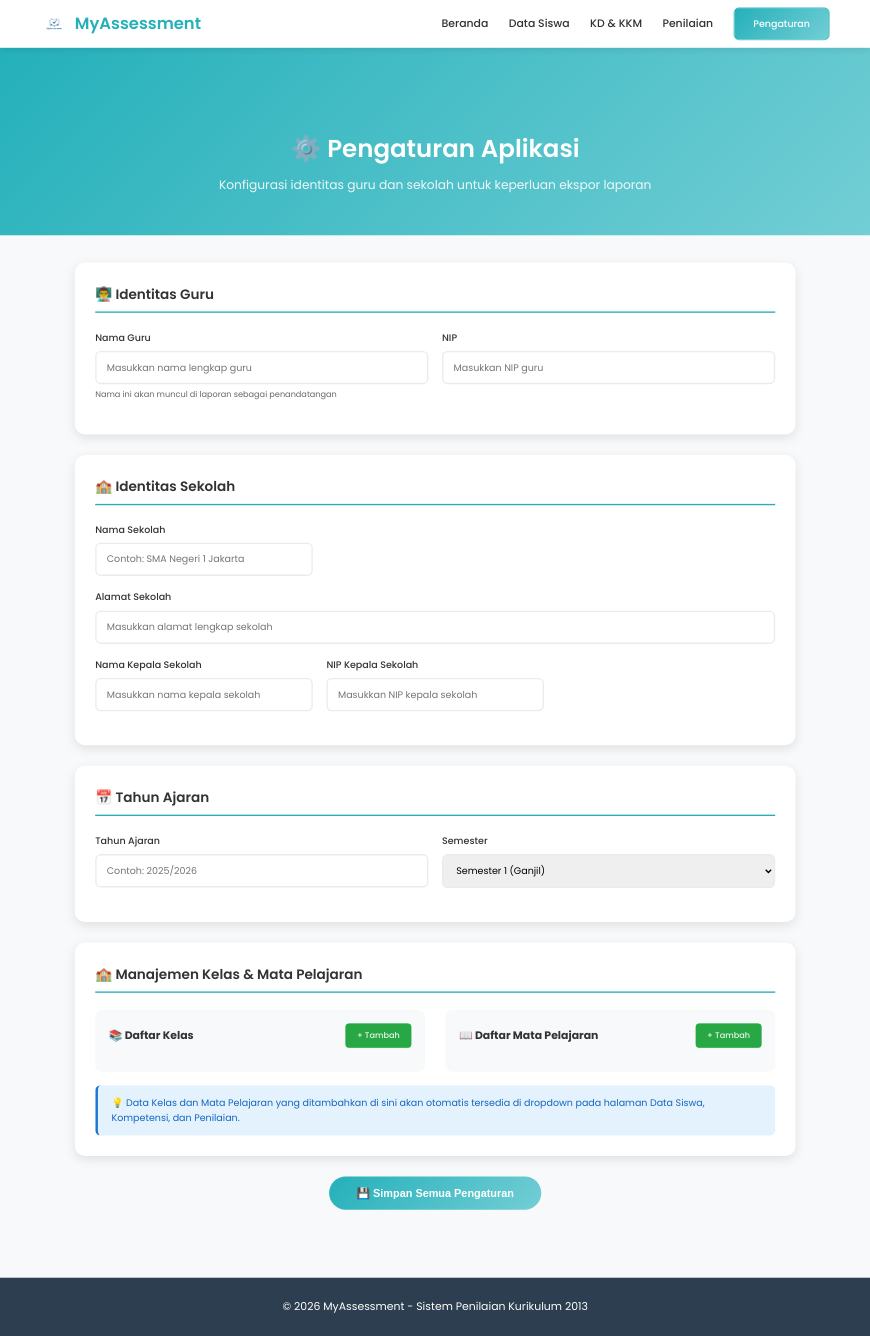
Repository: Ws529/MyAssassment_Final
Page: MyAssessment/wwwroot/pengaturan.html
An editor plug-in stored every save of this project. The page is shown before and after the next save, followed by the edit.
The browser window is 1280 px wide. The pictures show the whole page, at 68% of full size.
The page's requests for data from a server got no answer.

Above is the page before, as saved 2026-01-01 14:13:23.

### MyAssessment/wwwroot/pengaturan.html
<!DOCTYPE html>
<html lang="id">
<head>
    <meta charset="utf-8" />
    <meta name="viewport" content="width=device-width, initial-scale=1.0" />
    <title>Pengaturan - My Assessment</title>
    <link href="https://fonts.googleapis.com/css2?family=Poppins:wght@300;400;500;600;700&display=swap" rel="stylesheet">
    <link href="assets/css/neon-buttons.css" rel="stylesheet">
    <style>
        * { margin: 0; padding: 0; box-sizing: border-box; }
        body { font-family: 'Poppins', sans-serif; line-height: 1.6; color: #333; background-color: #f8f9fa; }
        .container { max-width: 1100px; margin: 0 auto; padding: 0 20px; }
        .navbar { background: #fff; box-shadow: 0 2px 10px rgba(0,0,0,0.1); position: fixed; top: 0; width: 100%; z-index: 1000; }
        .nav-container { max-width: 1200px; margin: 0 auto; padding: 0 20px; display: flex; justify-content: space-between; align-items: center; height: 70px; }
        .nav-brand { display: flex; align-items: center; font-size: 24px; font-weight: 600; color: #24b0ba; gap: 10px; text-decoration: none; }
        .nav-menu { display: flex; align-items: center; gap: 30px; }
        .nav-link { text-decoration: none; color: #333; font-weight: 500; transition: color 0.3s; }
        .nav-link:hover, .nav-link.active { color: #24b0ba; }
        .btn-primary { background: linear-gradient(135deg, #24b0ba, #73ced5); color: white; border: none; padding: 12px 24px; border-radius: 25px; font-weight: 500; cursor: pointer; text-decoration: none; }
        .page-header { background: linear-gradient(135deg, #24b0ba, #73ced5); color: white; padding: 120px 0 60px; margin-top: 70px; text-align: center; }
        .page-header h1 { font-size: 36px; font-weight: 600; margin-bottom: 10px; }
        .page-header p { font-size: 18px; opacity: 0.9; }
        .page-content { padding: 40px 0; min-height: 60vh; }
        .settings-card { background: white; padding: 30px; border-radius: 15px; box-shadow: 0 5px 15px rgba(0,0,0,0.1); margin-bottom: 30px; }
        .settings-card h3 { font-size: 20px; font-weight: 600; margin-bottom: 25px; color: #333; border-bottom: 2px solid #24b0ba; padding-bottom: 10px; display: flex; align-items: center; gap: 10px; justify-content: space-between; }
        .settings-card h3 span { display: flex; align-items: center; gap: 10px; }
        .form-grid { display: grid; grid-template-columns: repeat(auto-fit, minmax(300px, 1fr)); gap: 20px; margin-bottom: 20px; }
        .form-group { display: flex; flex-direction: column; }
        .form-group.full-width { grid-column: 1 / -1; }
        .form-group label { font-weight: 500; margin-bottom: 8px; color: #333; font-size: 14px; }
        .form-input { padding: 12px 15px; border: 2px solid #e9ecef; border-radius: 8px; font-size: 14px; outline: none; font-family: 'Poppins', sans-serif; transition: border-color 0.3s; }
        .form-input:focus { border-color: #24b0ba; }
        .form-hint { font-size: 12px; color: #666; margin-top: 5px; }
        .btn-save { background: linear-gradient(135deg, #24b0ba, #73ced5); color: white; border: none; padding: 15px 40px; border-radius: 25px; font-weight: 600; font-size: 16px; cursor: pointer; transition: transform 0.3s; display: flex; align-items: center; gap: 10px; margin: 0 auto; }
        .btn-save:hover { transform: translateY(-2px); }
        .btn-add { background: #28a745; color: white; border: none; padding: 8px 16px; border-radius: 20px; font-weight: 500; cursor: pointer; font-size: 13px; }
        .btn-edit { background: #ffc107; color: #333; border: none; padding: 6px 12px; border-radius: 5px; font-size: 12px; cursor: pointer; margin-right: 5px; }
        .btn-delete { background: #dc3545; color: white; border: none; padding: 6px 12px; border-radius: 5px; font-size: 12px; cursor: pointer; }
        .message { padding: 15px 20px; border-radius: 8px; margin-bottom: 20px; display: none; }
        .message.success { background: #d4edda; color: #155724; border: 1px solid #c3e6cb; display: block; }
        .message.error { background: #f8d7da; color: #721c24; border: 1px solid #f5c6cb; display: block; }
        .info-box { background: #e3f2fd; border-left: 4px solid #1976d2; padding: 15px 20px; border-radius: 8px; margin-top: 20px; }
        .info-box p { font-size: 14px; color: #1565c0; margin: 0; }
        .list-container { display: grid; grid-template-columns: 1fr 1fr; gap: 30px; }
        .list-section { background: #f8f9fa; border-radius: 10px; padding: 20px; }
        .list-section h4 { font-size: 16px; margin-bottom: 15px; color: #333; display: flex; justify-content: space-between; align-items: center; }
        .item-list { max-height: 300px; overflow-y: auto; }
        .item-row { display: flex; justify-content: space-between; align-items: center; padding: 10px 15px; background: white; border-radius: 8px; margin-bottom: 8px; box-shadow: 0 2px 5px rgba(0,0,0,0.05); }
        .item-row:hover { background: #e8f5e9; }
        .item-name { font-weight: 500; }
        .item-actions { display: flex; gap: 5px; }
        .inline-form { display: flex; gap: 10px; margin-bottom: 15px; }
        .inline-form input { flex: 1; padding: 10px 15px; border: 2px solid #e9ecef; border-radius: 8px; font-size: 14px; outline: none; }
        .inline-form input:focus { border-color: #24b0ba; }
        .inline-form button { padding: 10px 20px; border: none; border-radius: 8px; cursor: pointer; font-weight: 500; }
        .btn-confirm { background: #28a745; color: white; }
        .btn-cancel { background: #6c757d; color: white; }
        .footer { background: #2c3e50; color: white; padding: 30px 0; text-align: center; margin-top: 60px; }
        @media (max-width: 768px) {
            .nav-menu { display: none; }
            .form-grid { grid-template-columns: 1fr; }
            .list-container { grid-template-columns: 1fr; }
        }
    </style>
</head>
<body>
    <nav class="navbar">
        <div class="nav-container">
            <a href="index.html" class="nav-brand">
                <img src="assets/img/logo.png" alt="MyAssessment Logo" style="height: 40px; width: auto;">
                <span>MyAssessment</span>
            </a>
            <div class="nav-menu">
                <a href="index.html" class="nav-link">Beranda</a>
                <a href="siswa.html" class="nav-link">Data Siswa</a>
                <a href="kompetensi.html" class="nav-link">KD & KKM</a>
                <a href="penilaian.html" class="nav-link">Penilaian</a>
                <a href="pengaturan.html" class="btn-neon btn-neon-primary">Pengaturan</a>
            </div>
        </div>
    </nav>
    <section class="page-header">
        <div class="container">
            <h1>⚙️ Pengaturan Aplikasi</h1>
            <p>Konfigurasi identitas guru dan sekolah untuk keperluan ekspor laporan</p>
        </div>
    </section>
    <section class="page-content">
        <div class="container">
            <div class="message" id="message"></div>
            <div class="settings-card">
                <h3>👨‍🏫 Identitas Guru</h3>
                <div class="form-grid">
                    <div class="form-group">
                        <label>Nama Guru</label>
                        <input type="text" class="form-input" id="teacherName" placeholder="Masukkan nama lengkap guru">
                        <span class="form-hint">Nama ini akan muncul di laporan sebagai penandatangan</span>
                    </div>
                    <div class="form-group">
                        <label>NIP</label>
                        <input type="text" class="form-input" id="teacherNIP" placeholder="Masukkan NIP guru">
                    </div>
                </div>
            </div>
            <div class="settings-card">
                <h3>🏫 Identitas Sekolah</h3>
                <div class="form-grid">
                    <div class="form-group">
                        <label>Nama Sekolah</label>
                        <input type="text" class="form-input" id="schoolName" placeholder="Contoh: SMA Negeri 1 Jakarta">
                    </div>
                    <div class="form-group full-width">
                        <label>Alamat Sekolah</label>
                        <input type="text" class="form-input" id="schoolAddress" placeholder="Masukkan alamat lengkap sekolah">
                    </div>
                    <div class="form-group">
                        <label>Nama Kepala Sekolah</label>
                        <input type="text" class="form-input" id="principalName" placeholder="Masukkan nama kepala sekolah">
                    </div>
                    <div class="form-group">
                        <label>NIP Kepala Sekolah</label>
                        <input type="text" class="form-input" id="principalNIP" placeholder="Masukkan NIP kepala sekolah">
                    </div>
                </div>
            </div>
            <div class="settings-card">
                <h3><span>📅 Tahun Ajaran</span></h3>
                <div class="form-grid">
                    <div class="form-group">
                        <label>Tahun Ajaran</label>
                        <input type="text" class="form-input" id="academicYear" placeholder="Contoh: 2025/2026">
                    </div>
                    <div class="form-group">
                        <label>Semester</label>
                        <select class="form-input" id="semester">
                            <option value="1">Semester 1 (Ganjil)</option>
                            <option value="2">Semester 2 (Genap)</option>
                        </select>
                    </div>
                </div>
            </div>
            <div class="settings-card">
                <h3><span>🏫 Manajemen Kelas & Mata Pelajaran</span></h3>
                <div class="list-container">
                    <div class="list-section">
                        <h4><span>📚 Daftar Kelas</span><button class="btn-neon btn-neon-success btn-neon-sm" onclick="showAddKelas()">+ Tambah</button></h4>
                        <div class="inline-form" id="kelasForm" style="display: none;">
                            <input type="text" id="kelasInput" placeholder="Nama kelas (cth: X IPA 1)">
                            <button class="btn-neon btn-neon-success btn-neon-sm" onclick="saveKelas()">✓</button>
                            <button class="btn-neon btn-neon-secondary btn-neon-sm" onclick="cancelKelas()">✕</button>
                        </div>
                        <div class="item-list" id="kelasList"></div>
                    </div>
                    <div class="list-section">
                        <h4><span>📖 Daftar Mata Pelajaran</span><button class="btn-neon btn-neon-success btn-neon-sm" onclick="showAddMapel()">+ Tambah</button></h4>
                        <div class="inline-form" id="mapelForm" style="display: none;">
                            <input type="text" id="mapelInput" placeholder="Nama mapel (cth: Matematika)">
                            <button class="btn-neon btn-neon-success btn-neon-sm" onclick="saveMapel()">✓</button>
                            <button class="btn-neon btn-neon-secondary btn-neon-sm" onclick="cancelMapel()">✕</button>
                        </div>
                        <div class="item-list" id="mapelList"></div>
                    </div>
                </div>
                <div class="info-box">
                    <p>💡 Data Kelas dan Mata Pelajaran yang ditambahkan di sini akan otomatis tersedia di dropdown pada halaman Data Siswa, Kompetensi, dan Penilaian.</p>
                </div>
            </div>
            <button class="btn-save" onclick="saveSettings()">💾 Simpan Semua Pengaturan</button>
        </div>
    </section>
    <footer class="footer">
        <div class="container"><p>© 2026 MyAssessment - Sistem Penilaian Kurikulum 2013</p></div>
    </footer>
    <script>
        const API_URL = '/api';
        let appSettings = {};
        let kelasList = [];
        let mapelList = [];
        let editingKelasId = null;
        let editingMapelId = null;

        document.addEventListener('DOMContentLoaded', function() {
            loadSettings();
            loadKelas();
            loadMapel();
        });

        async function loadSettings() {
            try {
                const res = await fetch(`${API_URL}/settings`);
                appSettings = await res.json();
                document.getElementById('teacherName').value = appSettings.teacherName || '';
                document.getElementById('teacherNIP').value = appSettings.teacherNIP || '';
                document.getElementById('schoolName').value = appSettings.schoolName || '';
                document.getElementById('schoolAddress').value = appSettings.schoolAddress || '';
                document.getElementById('principalName').value = appSettings.principalName || '';
                document.getElementById('principalNIP').value = appSettings.principalNIP || '';
                document.getElementById('academicYear').value = appSettings.academicYear || '';
                document.getElementById('semester').value = appSettings.semester || '1';
            } catch (err) {
                console.error('Error loading settings:', err);
            }
        }

        async function loadKelas() {
            try {
                const res = await fetch(`${API_URL}/kelas`);
                kelasList = await res.json();
                renderKelasList();
            } catch (err) {
                console.error('Error loading kelas:', err);
            }
        }

        async function loadMapel() {
            try {
                const res = await fetch(`${API_URL}/mapel`);
                mapelList = await res.json();
                renderMapelList();
            } catch (err) {
                console.error('Error loading mapel:', err);
            }
        }

        function renderKelasList() {
            const container = document.getElementById('kelasList');
            if (kelasList.length === 0) {
                container.innerHTML = '<p style="text-align:center;color:#666;padding:20px;">Belum ada kelas</p>';
                return;
            }
            container.innerHTML = kelasList.map(kelas => `
                <div class="item-row">
                    <span class="item-name">${kelas.nama}</span>
                    <div class="item-actions">
                        <button class="btn-edit" onclick="editKelas('${kelas.id}')">Edit</button>
                        <button class="btn-delete" onclick="deleteKelas('${kelas.id}')">Hapus</button>
                    </div>
                </div>
            `).join('');
        }

        function renderMapelList() {
            const container = document.getElementById('mapelList');
            if (mapelList.length === 0) {
                container.innerHTML = '<p style="text-align:center;color:#666;padding:20px;">Belum ada mata pelajaran</p>';
                return;
            }
            container.innerHTML = mapelList.map(mapel => `
                <div class="item-row">
                    <span class="item-name">${mapel.nama}</span>
                    <div class="item-actions">
                        <button class="btn-edit" onclick="editMapel('${mapel.id}')">Edit</button>
                        <button class="btn-delete" onclick="deleteMapel('${mapel.id}')">Hapus</button>
                    </div>
                </div>
            `).join('');
        }

        function showAddKelas() {
            document.getElementById('kelasForm').style.display = 'flex';
            document.getElementById('kelasInput').value = '';
            document.getElementById('kelasInput').focus();
            editingKelasId = null;
        }

        function editKelas(id) {
            const kelas = kelasList.find(k => k.id === id);
            if (kelas) {
                document.getElementById('kelasForm').style.display = 'flex';
                document.getElementById('kelasInput').value = kelas.nama;
                document.getElementById('kelasInput').focus();
                editingKelasId = id;
            }
        }

        async function saveKelas() {
            const nama = document.getElementById('kelasInput').value.trim();
            if (!nama) { alert('Nama kelas tidak boleh kosong!'); return; }
            try {
                if (editingKelasId) {
                    await fetch(`${API_URL}/kelas/${editingKelasId}`, {
                        method: 'PUT',
                        headers: { 'Content-Type': 'application/json' },
                        body: JSON.stringify({ nama })
                    });
                    showMessage('Kelas berhasil diperbarui!', 'success');
                } else {
                    await fetch(`${API_URL}/kelas`, {
                        method: 'POST',
                        headers: { 'Content-Type': 'application/json' },
                        body: JSON.stringify({ nama })
                    });
                    showMessage('Kelas berhasil ditambahkan!', 'success');
                }
                cancelKelas();
                loadKelas();
            } catch (err) {
                showMessage('Gagal menyimpan kelas', 'error');
            }
        }

        async function deleteKelas(id) {
            if (confirm('Yakin ingin menghapus kelas ini?')) {
                try {
                    await fetch(`${API_URL}/kelas/${id}`, { method: 'DELETE' });
                    showMessage('Kelas berhasil dihapus!', 'success');
                    loadKelas();
                } catch (err) {
                    showMessage('Gagal menghapus kelas', 'error');
                }
            }
        }

        function cancelKelas() {
            document.getElementById('kelasForm').style.display = 'none';
            document.getElementById('kelasInput').value = '';
            editingKelasId = null;
        }

        function showAddMapel() {
            document.getElementById('mapelForm').style.display = 'flex';
            document.getElementById('mapelInput').value = '';
            document.getElementById('mapelInput').focus();
            editingMapelId = null;
        }

        function editMapel(id) {
            const mapel = mapelList.find(m => m.id === id);
            if (mapel) {
                document.getElementById('mapelForm').style.display = 'flex';
                document.getElementById('mapelInput').value = mapel.nama;
                document.getElementById('mapelInput').focus();
                editingMapelId = id;
            }
        }

        async function saveMapel() {
            const nama = document.getElementById('mapelInput').value.trim();
            if (!nama) { alert('Nama mata pelajaran tidak boleh kosong!'); return; }
            try {
                if (editingMapelId) {
                    await fetch(`${API_URL}/mapel/${editingMapelId}`, {
                        method: 'PUT',
                        headers: { 'Content-Type': 'application/json' },
                        body: JSON.stringify({ nama })
                    });
                    showMessage('Mata pelajaran berhasil diperbarui!', 'success');
                } else {
                    await fetch(`${API_URL}/mapel`, {
                        method: 'POST',
                        headers: { 'Content-Type': 'application/json' },
                        body: JSON.stringify({ nama })
                    });
                    showMessage('Mata pelajaran berhasil ditambahkan!', 'success');
                }
                cancelMapel();
                loadMapel();
            } catch (err) {
                showMessage('Gagal menyimpan mata pelajaran', 'error');
            }
        }

        async function deleteMapel(id) {
            if (confirm('Yakin ingin menghapus mata pelajaran ini?')) {
                try {
                    await fetch(`${API_URL}/mapel/${id}`, { method: 'DELETE' });
                    showMessage('Mata pelajaran berhasil dihapus!', 'success');
                    loadMapel();
                } catch (err) {
                    showMessage('Gagal menghapus mata pelajaran', 'error');
                }
            }
        }

        function cancelMapel() {
            document.getElementById('mapelForm').style.display = 'none';
            document.getElementById('mapelInput').value = '';
            editingMapelId = null;
        }

        async function saveSettings() {
            const settings = {
                id: appSettings.id || null,
                teacherName: document.getElementById('teacherName').value,
                teacherNIP: document.getElementById('teacherNIP').value,
                schoolName: document.getElementById('schoolName').value,
                schoolAddress: document.getElementById('schoolAddress').value,
                principalName: document.getElementById('principalName').value,
                principalNIP: document.getElementById('principalNIP').value,
                academicYear: document.getElementById('academicYear').value,
                semester: parseInt(document.getElementById('semester').value)
            };
            try {
                await fetch(`${API_URL}/settings`, {
                    method: 'POST',
                    headers: { 'Content-Type': 'application/json' },
                    body: JSON.stringify(settings)
                });
                showMessage('Semua pengaturan berhasil disimpan!', 'success');
                loadSettings();
            } catch (err) {
                showMessage('Gagal menyimpan pengaturan', 'error');
            }
        }

        function showMessage(text, type) {
            const msg = document.getElementById('message');
            msg.textContent = text;
            msg.className = 'message ' + type;
            window.scrollTo({ top: 0, behavior: 'smooth' });
            setTimeout(() => { msg.className = 'message'; }, 3000);
        }
    </script>
</body>
</html>

Loaded but not shown: MyAssessment/wwwroot/assets/css/neon-buttons.css (288 lines, source omitted)

After the next save:
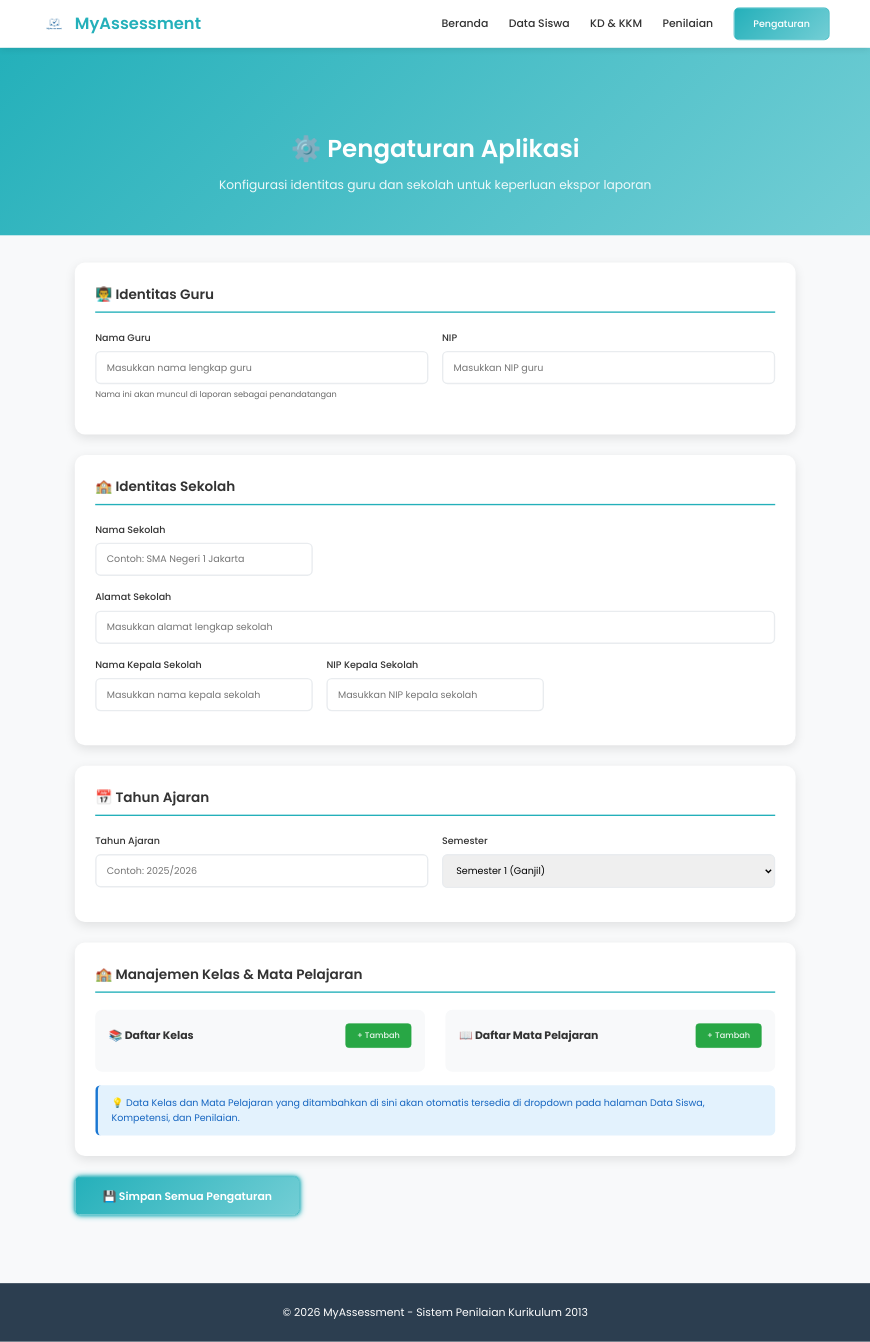
Saved 8 s later.
--- a/MyAssessment/wwwroot/pengaturan.html
+++ b/MyAssessment/wwwroot/pengaturan.html
@@ -165,7 +165,7 @@
                     <p>💡 Data Kelas dan Mata Pelajaran yang ditambahkan di sini akan otomatis tersedia di dropdown pada halaman Data Siswa, Kompetensi, dan Penilaian.</p>
                 </div>
             </div>
-            <button class="btn-save" onclick="saveSettings()">💾 Simpan Semua Pengaturan</button>
+            <button class="btn-neon btn-neon-primary btn-neon-lg btn-neon-pulse" onclick="saveSettings()">💾 Simpan Semua Pengaturan</button>
         </div>
     </section>
     <footer class="footer">
